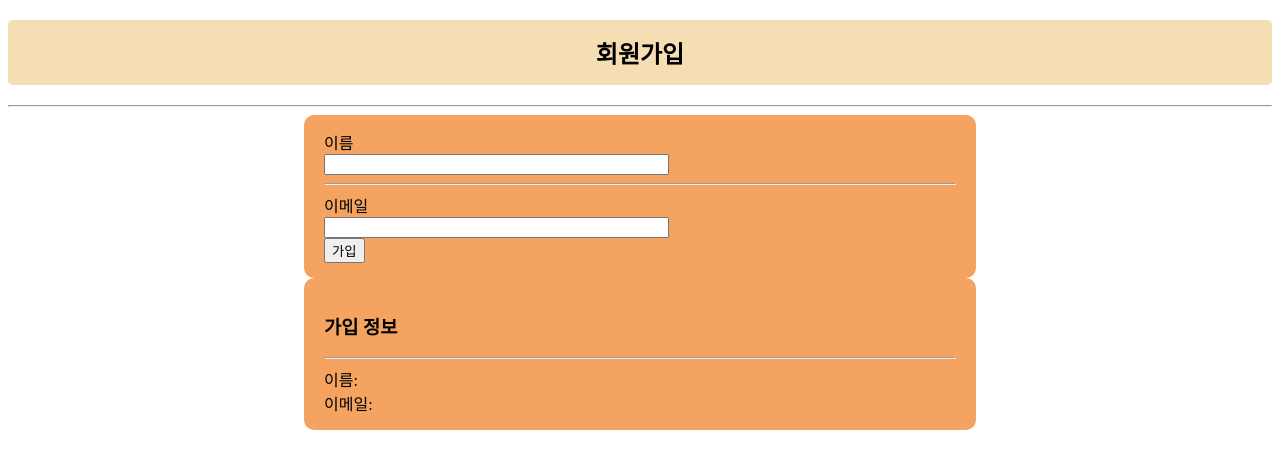
Repository: cruyffism/study-jsp2
Page: MyWorkspace/JspWeb/src/main/webapp/regform.html
The author's editor kept a copy of each file at every save. The page is drawn from the files as they stood at one save, then again after the next save.
The browser window is 1280 px wide. The pictures show the whole page.

Above is the page before, as saved 2024-02-13 05:13:44.

After the next save:
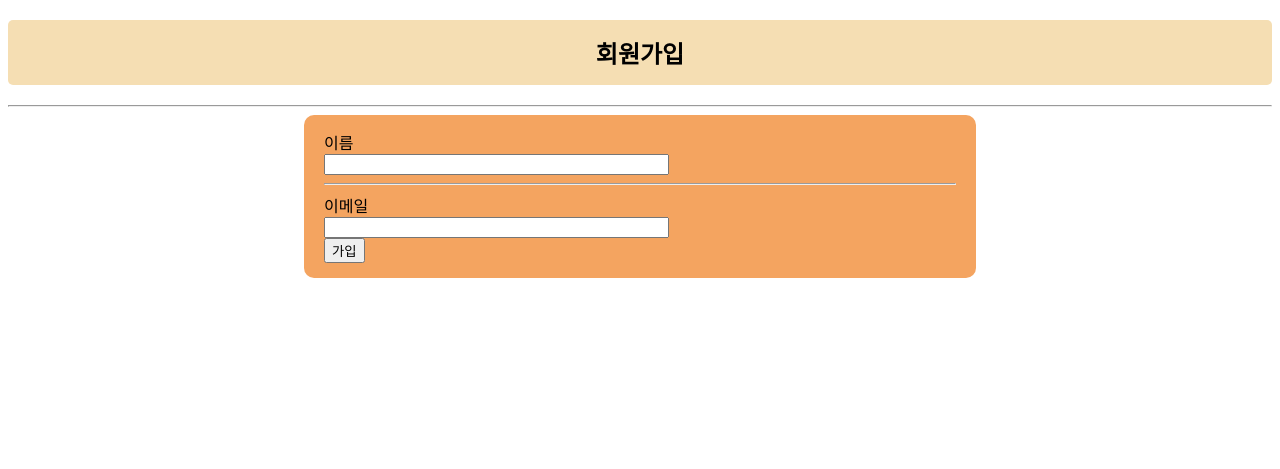
Saved 3 min 4 s later.
--- a/MyWorkspace/JspWeb/src/main/webapp/regform.html
+++ b/MyWorkspace/JspWeb/src/main/webapp/regform.html
@@ -48,5 +48,8 @@
 		이름: <span id="rname"></span><br>
 		이메일: <span id="remail"></span><br>
 	</div>
+	<Script>
+	document.getElementById("result").style.display = "none";
+	</Script>
 </body>
 </html>
